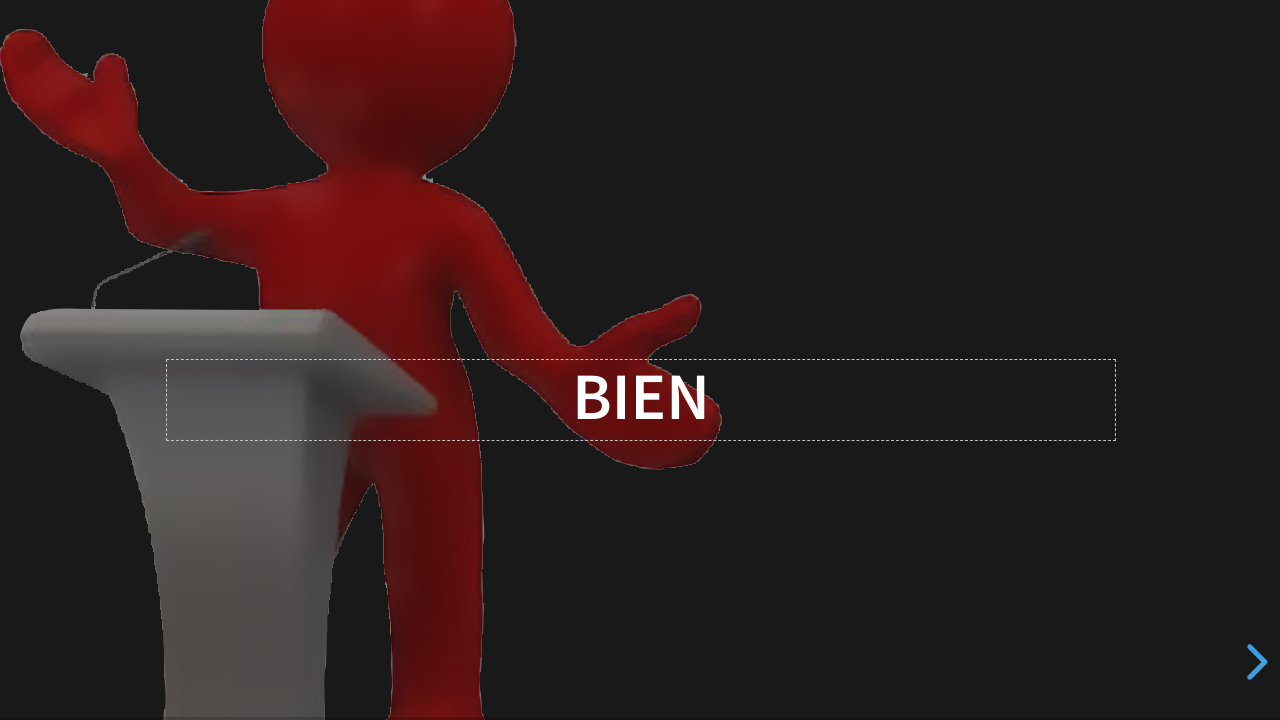
Repository: cutesquirrel/pres-college
Page: index.html
These files come from the project's save history. The page is drawn as it stood at one moment and after the next save; the edit follows.
The browser window is 1280 px wide. The pictures show the whole page.

Above is the page before, as saved 2024-03-31 10:52:02.

After the next save:
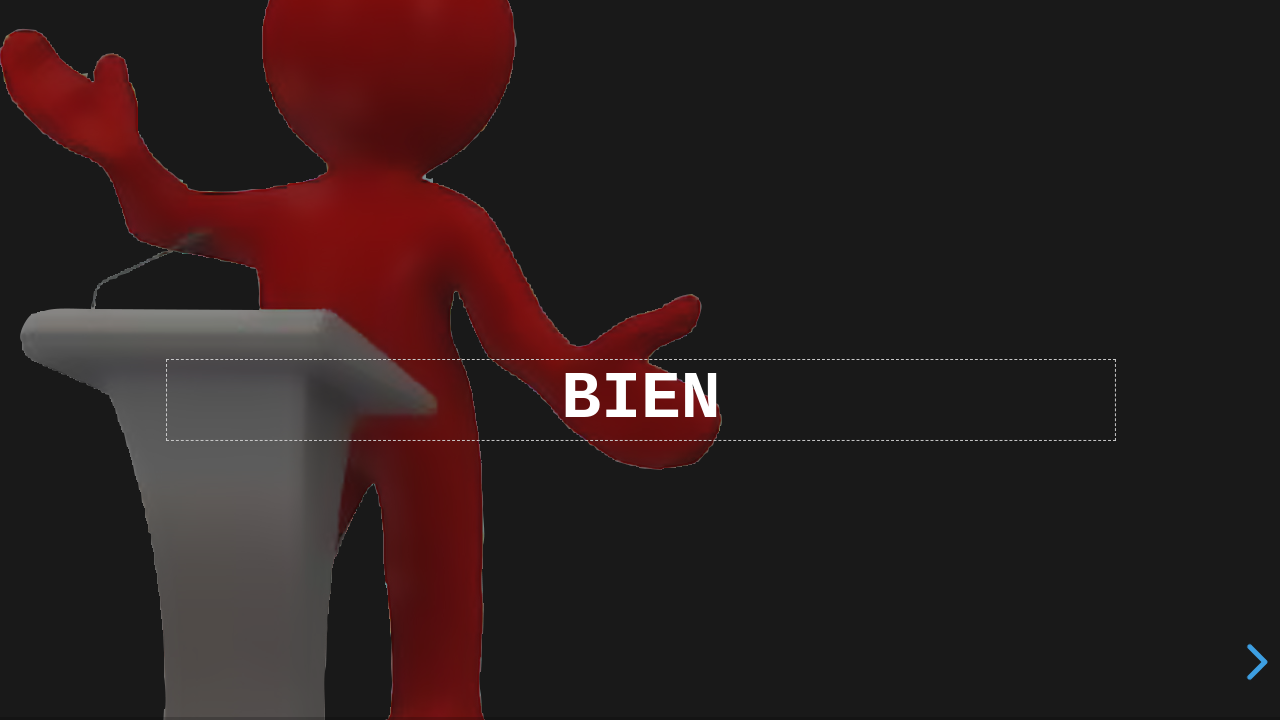
Saved 7 s later.
--- a/custom.css
+++ b/custom.css
@@ -1,8 +1,7 @@
 /* effet machine à écrire (SIMPLE) */
 .animate-text {
 	visibility:hidden;
-  font-family:"courier",sans-serif;
-  font-family: 'Courier New', Courier, monospace;
+  font-family: 'Courier New', Courier, monospace !important;
   color:black;
 }
 
